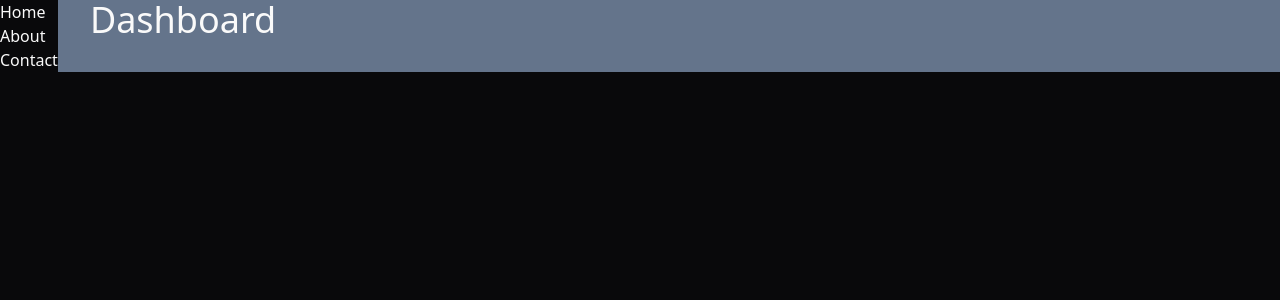
Repository: svoglimacci/recipe-app-tmp
Page: /app
An editor plug-in stored every save of this project. The page is shown before and after the next save, followed by the edit.
The browser window is 1280 px wide. The pictures show the whole page.
The project was rebuilt for these pictures with package versions that can differ from the ones it lists, and the page was loaded fresh each time. Also part of the build but not shown: vite.config.ts, src/components/Recipe.tsx, src/components/RecipeList.tsx, src/components/RecipeCard.tsx, src/views/Login.tsx, src/views/Landing.tsx, src/views/Home.tsx.

Above is the page before, as saved 2024-01-30 13:52:12.

After the next save:
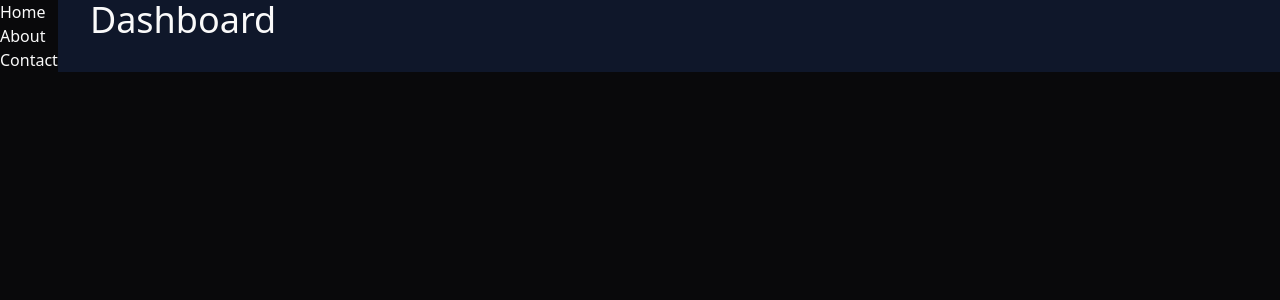
Saved 6 s later.
--- a/src/views/Dashboard.tsx
+++ b/src/views/Dashboard.tsx
@@ -8,7 +8,7 @@ function Dashboard() {
       <DashboardHeader />
       <div className="flex flex-row relative p-0 ">
       <Nav />
-      <main className="container bg-slate-500">
+      <main className="container bg-slate-900">
         <h1 className="text-4xl text-primary">Dashboard</h1>
       </main>
       </div>
